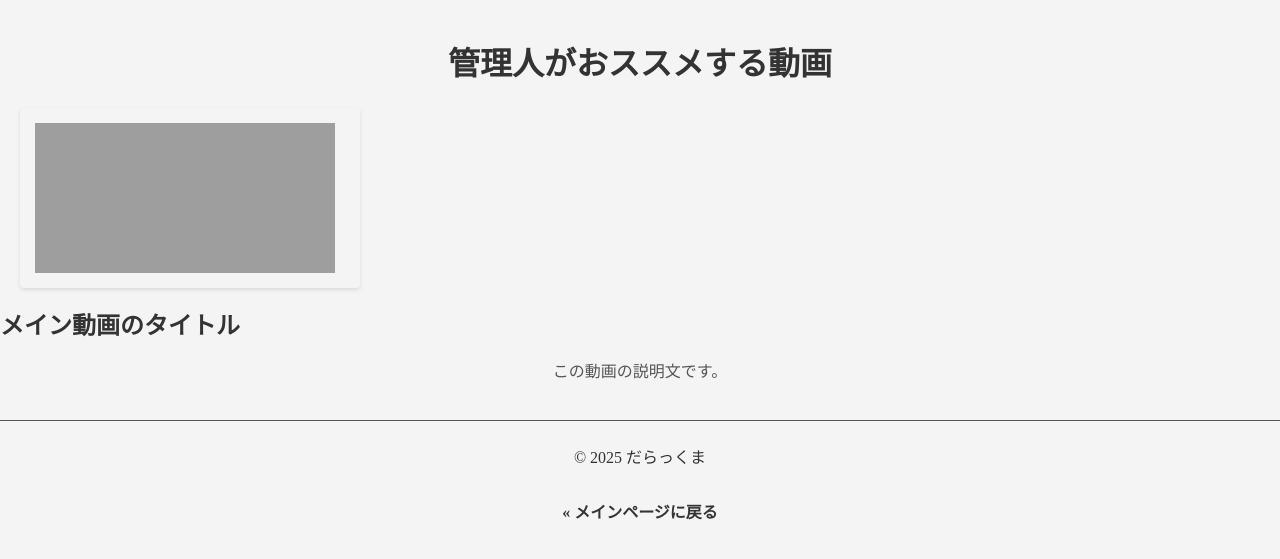
Repository: rydeen7907/html
Page: movie_link.html
These files come from the project's save history. The page is drawn as it stood at one moment and after the next save; the edit follows.
The browser window is 1280 px wide. The pictures show the whole page.
Pictures or frames that could not be fetched are drawn as grey boxes.

Above is the page before, as saved 2025-04-29 18:24:44.

### movie_link.html
<!DOCTYPE html>
<html lang="ja">
<head>
    <meta charset="UTF-8">
    <meta name="viewport" content="width=device-width, initial-scale=1.0">
    <title>運営者お気に入りの動画リンク</title>
    <link rel="stylesheet" href="style.css">
</head>
<body>

<header>
    <h1>管理人がおススメする動画</h1>
</header>

<div class="video-item">

    <iframe src="https://www.youtube.com/embed/VIDEO_ID" title="YouTube video player" frameborder="0" allow="accelerometer; autoplay; clipboard-write; encrypted-media; gyroscope; picture-in-picture; web-share" allowfullscreen></iframe>
</div>

<div class="video-info">
    <h3 class="video-title">メイン動画のタイトル</h3>
    <p class="video-description">この動画の説明文です。</p>
</div>

<footer class="social-links">
    <p>&copy; 2025 だらっくま</p>
    <a href="index.html">&laquo; メインページに戻る</a>
</footer>

</body>
</html>

### style.css
/* 基本スタイル */
:root {
    /* 色の設定 */
    --text-color-dark: #333; /*  */
    --text-color-light: #555; /*  */
    --background-color: #f4f4f4; /*  */
    --background-color-scroll: aqua; /*  */
    --link-color: #333; /* リンクの色 */
    --link-color-hover: #ff8000; /* ホバー時のリンク色 */

/* タイポグラフィ */
    --font-family: Arial, sans-serif; /* フォントファミリー */
    --line-height-base: 1.5; /* 行間を調整 (例：1.5倍 px,%,emでも可能) */
    --font-size-small: 12px; /* フォントサイズを小さく */
    --font-size-base: 16px; /* 基本フォントサイズ */
    --font-size-large: 24px; /* 大きなフォントサイズ */
    --font-size-xlarge: 32px; /* 特大フォントサイズ */

/* 余白 */
    --margin-xs: 5px; /* 小さなマージン */
    --margin-s: 10px; /* 基本マージン */
    --margin-m: 15px; /* 中くらいのマージン */
    --margin-l: 20px; /* 大きなマージン */
    --margin-xl: 25px; /* 特大マージン */
    --margin-xxl: 40px; /* 特特大マージン */
    --margin-xxxl: 50px; /* 特特特大マージン */
}

body {
    margin: 0; /* ブラウザデフォルトのマージンをリセット */
    padding: 0; /* ブラウザデフォルトのパディングをリセット */
    padding-bottom: var(--margin-xxxl); /* ページ下部のパディングを追加 */
    font-family: var(--font-size-base);
    line-height: var(--line-height-base); /* 行間を読みやすく調整 (例：2.0倍 px,%,emでも可能) */
    color: var(--text-color-dark); /* 文字色を濃いグレーに設定 */
    background-color: var(--background-color); /* 背景色を薄いグレーに設定 */
}

/* ヘッダー */
.header-image {
    display: block; /* 中央配置のためブロック要素に */
    width: 100%;
    /* max-width: auto; は width: 100%; があれば不要 */
    height: 400px;
    margin: 0 auto; /* 上下のマージンは０、左右は自動で中央揃え */
    object-fit: cover; /* 画像のアスペクト比を維持、要素に合わせる */
}

/* 画像の説明文 */
.image-caption {
    padding-top: var(--margin-xs); /* 上部のパディングを追加 */
    padding-bottom: var(--margin-xs); /* 下部のパディングを追加 */
    padding-left: var(--margin-m);    /* 左側のパディングを追加 */
    padding-right: var(--margin-m); /* 右側のパディングを追加 */

    margin-top: var(--margin-xs); /* 上部のマージンを追加 */
    margin-bottom: var(--margin-xl); /* 下部のマージンを追加 */
    font-size: var(--font-size-small); /* フォントサイズを小さく */
    color: var(--text-color-light); /* 文字色を薄いグレーに */
    text-align: right; /* 右寄せ */
}

/* 画像キャプション内のリンク */
.image-caption a {
    color: inherit; /* リンクの色 */
    text-align: right;
    text-decoration: none; /* 下線を削除 */
}

.image-caption a:hover,
.image-caption a:focus {
    color: var(--link-color-hover); /* ホバー時のリンク色 */
    text-decoration: underline; /* 下線を追加 */
}

/* スクロールテキストコンテナ */
.scrolling-text-container {
    width: 100%; /* 幅 */
    height: 55px; /* 高さ */
    margin-bottom: var(--margin-xxl); /* 下部のマージンを追加 */
    padding-top: var(--margin-xs); /* 上部のパディングを追加 */
    padding-bottom: var(--margin-s); /* 下部のパディングを追加 */
    box-sizing: border-box; /* パディングとボーダーを含めたサイズ計算 */
    background-color: var(--background-color-scroll); /* 背景色をアクアに設定 */
    overflow: hidden; /* はみ出た部分を隠す */
}

/* スクロールテキスト */
.scrolling-text {
    display: inline-block; /* インラインブロック要素に設定 */
    margin: 0; /* コンテナ内でのマージンを削除 */
    padding-left: 100%; /* 開始位置を右側に設定 */
    font-size: var(--font-size-large); /* フォントサイズ */
    font-weight: bold; /* 太字に設定 */
    color: var(--text-color-dark); /* 文字色を濃いグレーに */
    white-space: nowrap; /* 折り返し禁止 */
    animation: scroll-left 25s linear infinite; /* アニメーションを適用 */
}

/* スクロールアニメーションの定義 */
@keyframes scroll-left {
    0% {
        transform: translateX(0); /* 開始位置 */
    }
    100% {
        /* テキスト自身の幅だけ左に移動させる */
        transform: translateX(-150%);
    }
}

/* メインコンテンツ */
h1 {
    margin: var(--margin-xxl) 0 var(--margin-l); /* 上下のマージンを追加 */
    font-size: var(--font-size-xlarge); /* フォントサイズ */
    font-weight: bold; /* 太字に設定 */
    text-align: center; /* 中央配置 */
    color: var(--text-color-dark); /* 文字色を濃いグレーに */
}

main h2 {
    margin-left: var(--margin-m); /* 左側のマージンを追加 */
    text-align: left; /* 左寄せ */
}

/* リンクリストのスタイル */
main .link-list {
    list-style: none;
    padding-left: 0;
    margin-left: var(--margin-s);
    text-align: left;
}

/* リストアイテム下の余白 */
main .link-list li {
    margin-bottom: var(--margin-xs); /* 各リンク間 縦方向の余白 */
}

/* 段落 p */
p {
    margin: var(--margin-m) 0 ; /* 上下のマージンを追加 */
    padding-bottom: var(--margin-s);
    text-align: center; /* 中央配置 */
    font-size: var(--font-size-base); /* フォントサイズ */
}

main p{
    margin-left: var(--margin-xxxl); /* 左側のマージンを追加 */
    text-align: left; /* 左寄せ */
    font-size: var(--font-size-base); /* フォントサイズ */
}

/* ページナビゲーション(横並び) */
.page-navigation {
    text-align: center; /* 中央配置 */
    margin-top: var(--margin-l);
    margin-bottom: var(--margin-l);
}

.page-navigation a {
    display: inline-block; /* インラインブロック要素に設定 */
    margin: 0 var(--margin-s); /* 左右のマージンを追加 */
    font-size: var(--font-size-base); /* フォントサイズ */
    font-weight: bold; /* 太字に設定 */
    /* text-align: center; /* 中央配置 */
    text-decoration: none; /* 下線を削除 */
    transition: color 0.3s; /* ホバー時の色変更にトランジションを追加 */
}

/* ホバー時のスタイル */
.page-navigation a:hover,
.page-navigation a:focus {
    color: var(--link-color-hover); /* ホバー時の文字色をオレンジに変更 */
    text-decoration: underline; /* 下線を追加 */
}

/* リンク a */
a {
    display: block;
    color: var(--link-color); /* 文字色を赤に */
    margin: var(--margin-s) auto; /* 上部のマージンを追加 */
    font-size: var(--font-size-base); /* フォントサイズ */
    font-weight: bold; /* 太字に設定 */
    text-align: left;
    text-decoration: none; /* 下線を削除 */
    transition: color 0.3s; /* ホバー時の色変更にトランジションを追加 */
}

/* ホバー時のスタイル */
a:hover,
a:focus { /* ホバーとフォーカス時に適用するスタイル */
    color: var(--link-color-hover); /* ホバー時の文字色をオレンジに変更 */
    text-decoration: underline; /* 下線を追加 */
}

/* SNS リンク */
.social-links {
    text-align: center;
    margin: var(--margin-xl) 0; /* 上下のマージンを追加 */
    padding-bottom: var(--margin-s); /* 上下のパディングを追加 */
    border-top: 1px solid var(--text-color-light); /* 上部に薄いグレーのボーダーを追加 */
    padding-top: var(--margin-s); /* 上部のパディングを追加 */
}

.social-links h2 {
    font-size: var(--font-size-base); /* フォントサイズ */
    color: var(--text-color-dark); /* 文字色を濃いグレーに */
    margin: var(--margin-s) 0; /* 上下のマージンを追加 */
    font-weight: normal; /* 太字に設定 */
}

.social-links ul {
    list-style: none; /* リストのマークを削除 */
    padding: 0; /* パディングを削除 */
    margin: 0; /* マージンを削除 */
}

.social-links li {
    display: inline-block; /* 横並び */
    margin: 0 var(--margin-s); /* 左右のマージンを追加 */
}

/* SNSリンク 固有のスタイル */
.social-links a {
    display: inline-block; /* クリック範囲を確保 */
    line-height: 1; /* 画像のベースラインを揃えるのに役立つ */
    /* color: var(--link-color); /* リンクの色 */
    text-decoration: none; /* 下線を削除 */
    /*font-size: var(--font-size-base); /* フォントサイズ */
    transition: opacity 0.5s; /* ホバー時の透明度変更 (テキスト：color 0.3s)*/
}

.social-icon {
    width: 48px; /* アイコンの幅 */
    height: 48px; /* アイコンの高さ */
    vertical-align: middle; /* 他のアイコンと並んだ場合の垂直配置を中央に */
    /*object-fit: cover; /* 画像のアスペクト比を維持、要素に合わせる */
}

/* ホバー時のスタイル */
.social-links a:hover,
.social-links a:focus {
    /* color: var(--link-color-hover); /* ホバー時の文字色をオレンジに変更 */
    /* text-decoration: underline; /* 下線を追加 */
    opacity: 0.7; /* ホバー時の透明度を変更 */
}

/* 動画コンテナのスタイル*/
.video-item {
    display: flex;
    align-items: flex-start;
    gap: 15px;
    margin: 20px; /* 上下左右のマージン 左右はautoで中央寄せ */
    max-width: 310px;
    padding: 15px; /* 内側の余白 */
    background-color: var(--background-color); /* 背景色を薄いグレーに設定 */
    border-radius: 4px; /* 角を丸める*/
    box-shadow: 0 2px 4px rgba(0, 0, 0, 0.1); /* 影を追加 */
}

/* 動画フレームのスタイル */
.video-frame {
    width: 100%; /* 動画フレームの幅 */
    flex-shrink: 0;
}

/* iframeのスタイル */
.video-flame iframe {
    width: 100%; /* .video-frame の幅に合わせる*/
    aspect-ratio: 16 / 9;
    display: block;
    border: none;
    border-radius: 5px;
}

.video-info{
    flex-grow: 1; /* 残りのスペースを占有 */
    text-align: left; /* 左寄せ */
}

/* 動画情報のスタイル */
/*.video-title .video-description {
    flex-grow: 1;
    text-align: left;
} */

/* 動画タイトルのスタイル*/
.video-title {
    margin-top: 0;
    margin-bottom: 10px;
    font-size: 24px;
    font-weight: bold;
}

/* 動画説明文 */
.video-description {
    color: #555;
    font-size: 16px;
    line-height: 1.6;
}

/* レスポンシブ対応 */
@media (max-width: 480px) {
    .video-item {
        flex-direction: column;
        align-items: stretch;
        max-width: 100%;
        margin: 20px auto;
        padding: 15px;
        gap: 10px;
    }

    .video-frame {
        width: 100%;
        flex-shrink: initial;
    }

    .video-title {
        font-size: 16px;
    }

    .video-description {
        font-size: 14px;
    }
}

After the next save:
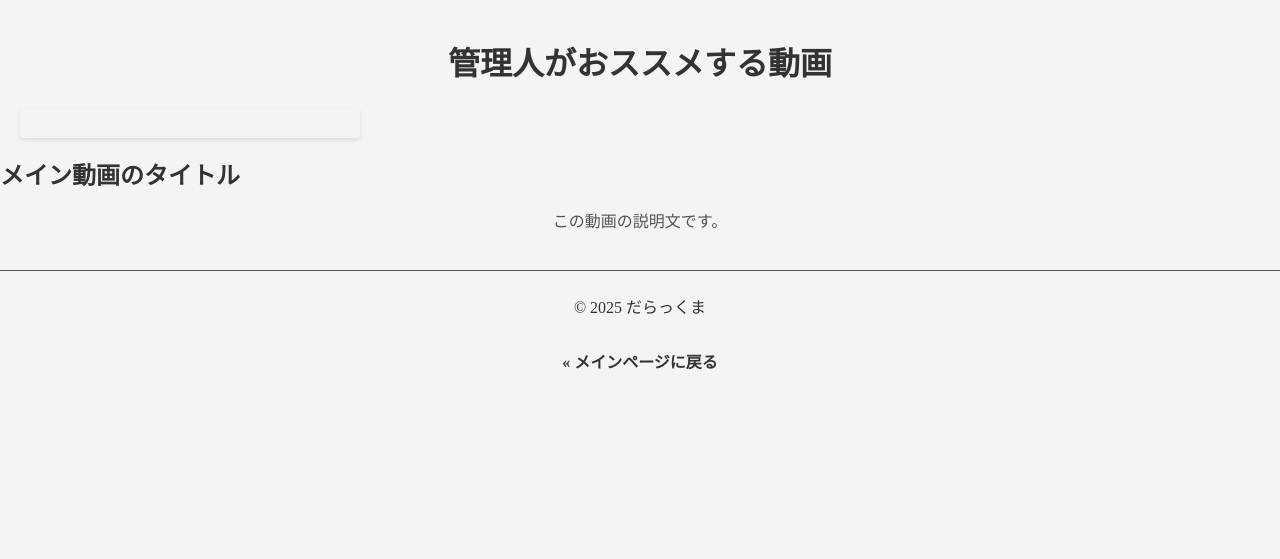
Saved 7 s later.
--- a/movie_link.html
+++ b/movie_link.html
@@ -13,7 +13,7 @@
 </header>
 
 <div class="video-item">
-
+    <di
     <iframe src="https://www.youtube.com/embed/VIDEO_ID" title="YouTube video player" frameborder="0" allow="accelerometer; autoplay; clipboard-write; encrypted-media; gyroscope; picture-in-picture; web-share" allowfullscreen></iframe>
 </div>
 
